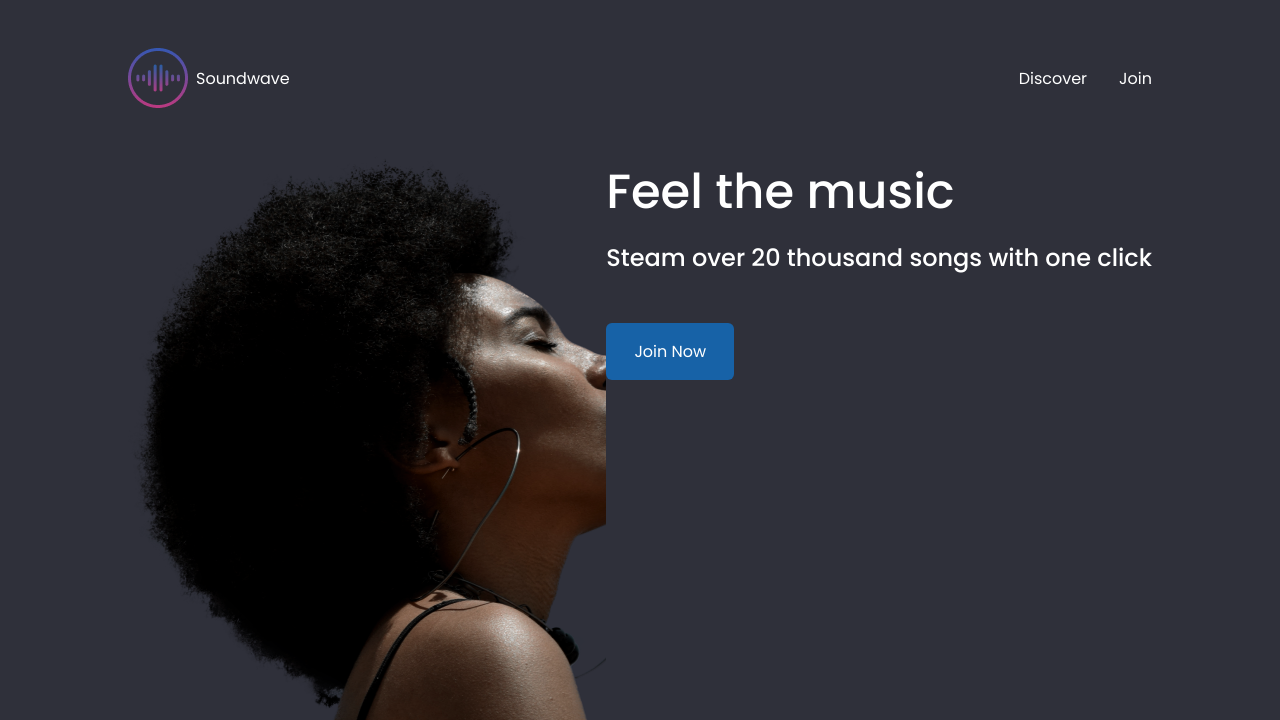
Repository: Hiiiij/soundwave
Page: pages/index.html
An editor plug-in stored every save of this project. The page is shown before and after the next save, followed by the edit.
The browser window is 1280 px wide. The pictures show the whole page.

Above is the page before, as saved 2020-06-30 13:10:00.

### pages/index.html
<!DOCTYPE html>
<html lang="en">
  <head>
    <meta charset="UTF-8" />
    <meta name="viewport" content="width=device-width, initial-scale=1.0" />
    <link rel="stylesheet" href="../style.css">
    <title>Soundwave</title>
  </head>
  <body class="main-container page-content">
    <header class="header">
        <!-- <div class="main-container"> -->
        <a href="/" class="logo">
          <img src="../assets/icons/logo.png" alt="logo-soundwave" />
          <span class="logotype">Soundwave</span>
        </a>
        <nav class="header-nav">
          <ul>
            <li>
              <a href="/pages/discover.html">Discover</a>
            </li>
            <li>
              <a href="/pages/join.html">Join</a>
            </li>
          </ul>
        </nav>
       <!-- </div>  -->
    </header>
    <section class="home-main">
      <div class="img-wrapper">
        <div class="img">
        </div>
      </div>

      <div class="heading">
        <h1 class="title">Feel the music</h1>
        <h2 class="subt">Steam over 20 thousand songs with one click</h2>
        <a href="/pages/join.html" class="button-primary">Join Now</a>
      </div>



    </section>
  </body>
</html>

### style.css
@import url("https://fonts.googleapis.com/css?family=Poppins:400,500,700");

*,
*::before,
*::after {
  box-sizing: border-box;
}

:root {
  /* colors  */
  --main-bg-color: #2f303a;
  --pink-circle: #3d3141;
  --blue-circle: #2f3446;
  --footer-bg: #202027;
  --primary-link-hover: #a07fe8;
  --button-primary: #1762a7;
  --button-hover: #3a90e1;
  --accent-text: #bc3a80;
  --primary-text: #ffffff;
  --link-hover: #ffb515;

  /* typography */
  --h4-font-size: 1rem;
  --h1-font-size: 3rem;
  --h2-font-size: 1.5rem;
  /* --accent-font-size: 1.25rem; */
  --btn-text: 0.75rem;
  --font-bold:500;

  /* breakpoitns */
  --xs-breakpoint: 0px;
  --sm-breakpoint: 600px;
  --md-breakpoint: 960px;
  --lg-breakpoint: 1280px;
  --xl-breakpoint: 1920px;
}

/* general style*/
body {
  padding: 0;
  margin: 0;
  font-family: "Poppins", sans-serif;
  background-color: var(--main-bg-color);
  color: var(--primary-text);
  font-size: var( --h4-font-size);
  min-height:100vh;
}

.page-content{
  display:flex;
  flex-direction:column;
}
.main-container{
  max-width: 80vw;
  max-height:100vh;
  margin:0 auto;
}

.header{
  display:flex;
  justify-content:space-between;
  align-items:center;
  /* height:8rem; */
  padding: 3rem 0;
}

.logo{
  display:flex;
  align-items:center;
  color:inherit;
  font-size: var(--h3-font-size);
  text-decoration:none;
}

.logotype{
  margin-left: .5rem;
}

.header-nav ul{
display: flex;
list-style:none;
margin:0;
padding:0;
}

.header-nav > ul > li:not(:last-child) {
  margin-right: 2rem;
}

.header-nav a {
text-decoration: none;
color: inherit;
}

.header-nav a:hover{
  color: var(--link-hover)
}

/* .heading{
  margin-top:0;
  margin-bottom: 0;
} */

.title{
  font-weight: var(--font-bold);
  font-size: var(--h1-font-size);
  margin-bottom: 0;
  margin-top:0;

}
 .subt{
   font-weight:var(--font-bold);
   font-size: var(--h2-font-size);
   margin-top: .75rem;
   margin-bottom:3rem;

 }
.button-primary {
  border:0;
  padding-top: 1rem;
  padding-bottom: 1rem;
  width: 8rem;
  display: inline-block;
  border-radius: 6px;
  background-color: var(--button-primary);
  text-align: center;
  color: var(--primary-text);
  text-decoration: none;

}

.home-main{
display:flex;
align-items:stretch;
flex-grow:1;
justify-content: space-between;
}

.home-main .img-wrapper{
display:flex;
flex-grow:1;
flex-direction: column;
align-items:stretch;
justify-content:flex-end;

}

.home-main .img{
  background-image: url(./assets/images/landing-page-girl.png);
  background-repeat: no-repeat;
  flex-grow:1;
  max-height: ;
  /* background-size: 50%;
  background-position: 0 bottom;
  align-items: center; */
  justify-content: flex-end;
  z-index:1;
}

After the next save:
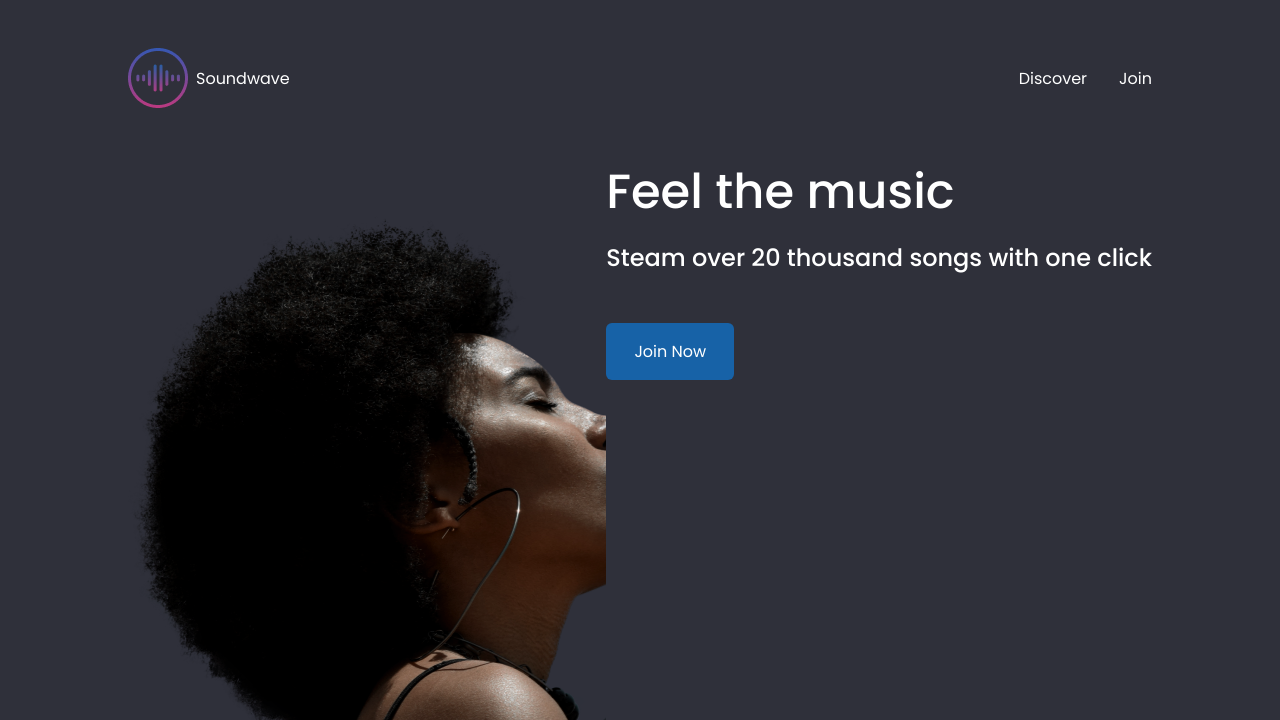
Saved 5 s later.
--- a/style.css
+++ b/style.css
@@ -149,7 +149,7 @@ justify-content:flex-end;
   background-image: url(./assets/images/landing-page-girl.png);
   background-repeat: no-repeat;
   flex-grow:1;
-  max-height: ;
+  max-height: 70vh;
   /* background-size: 50%;
   background-position: 0 bottom;
   align-items: center; */
